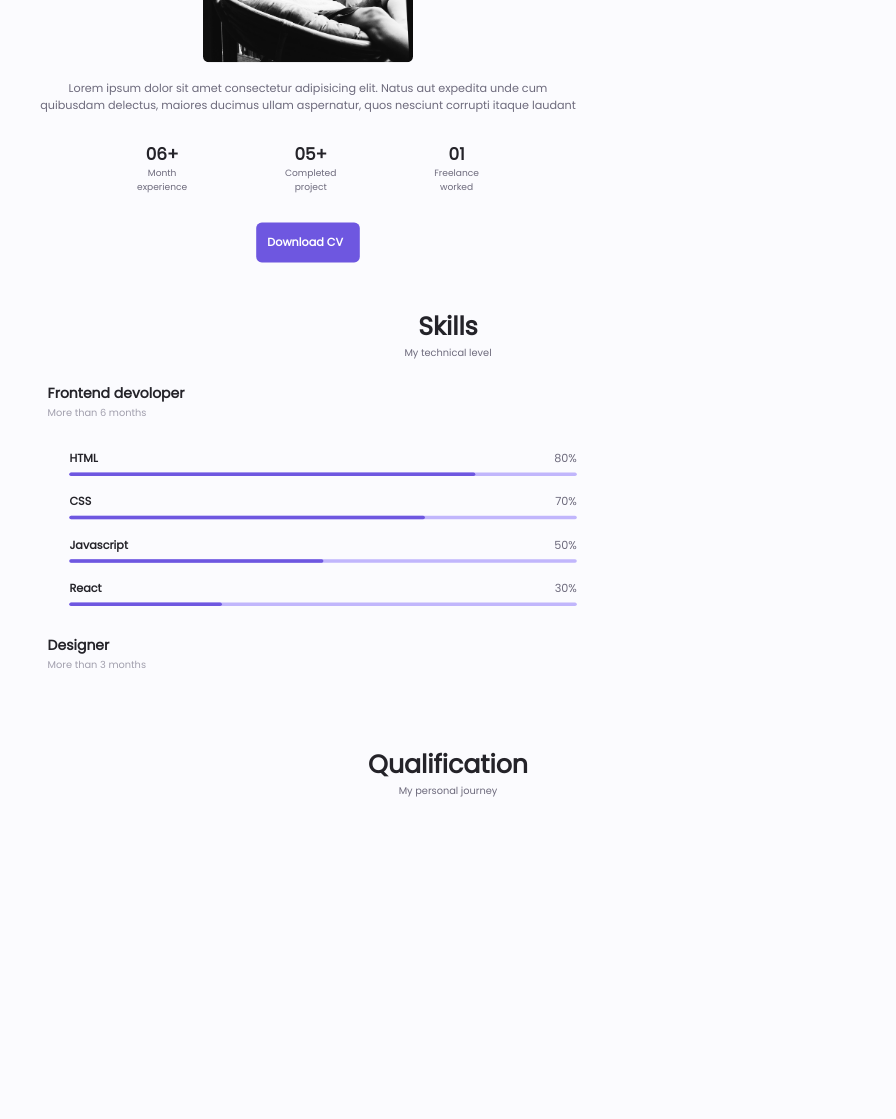
Repository: Datt21/portfolio
Page: index.html
An editor plug-in stored every save of this project. The page is shown before and after the next save, followed by the edit.
The browser window is 1280 px wide. The pictures show the part of the page from y = 917 to 2837 px (the page is 2515 px tall before and 2837 px after), at 70% of full size.
Some icons come from a web library that is not loaded, so they are not drawn.

Above is the page before, as saved 2021-07-10 18:15:02.

After the next save:
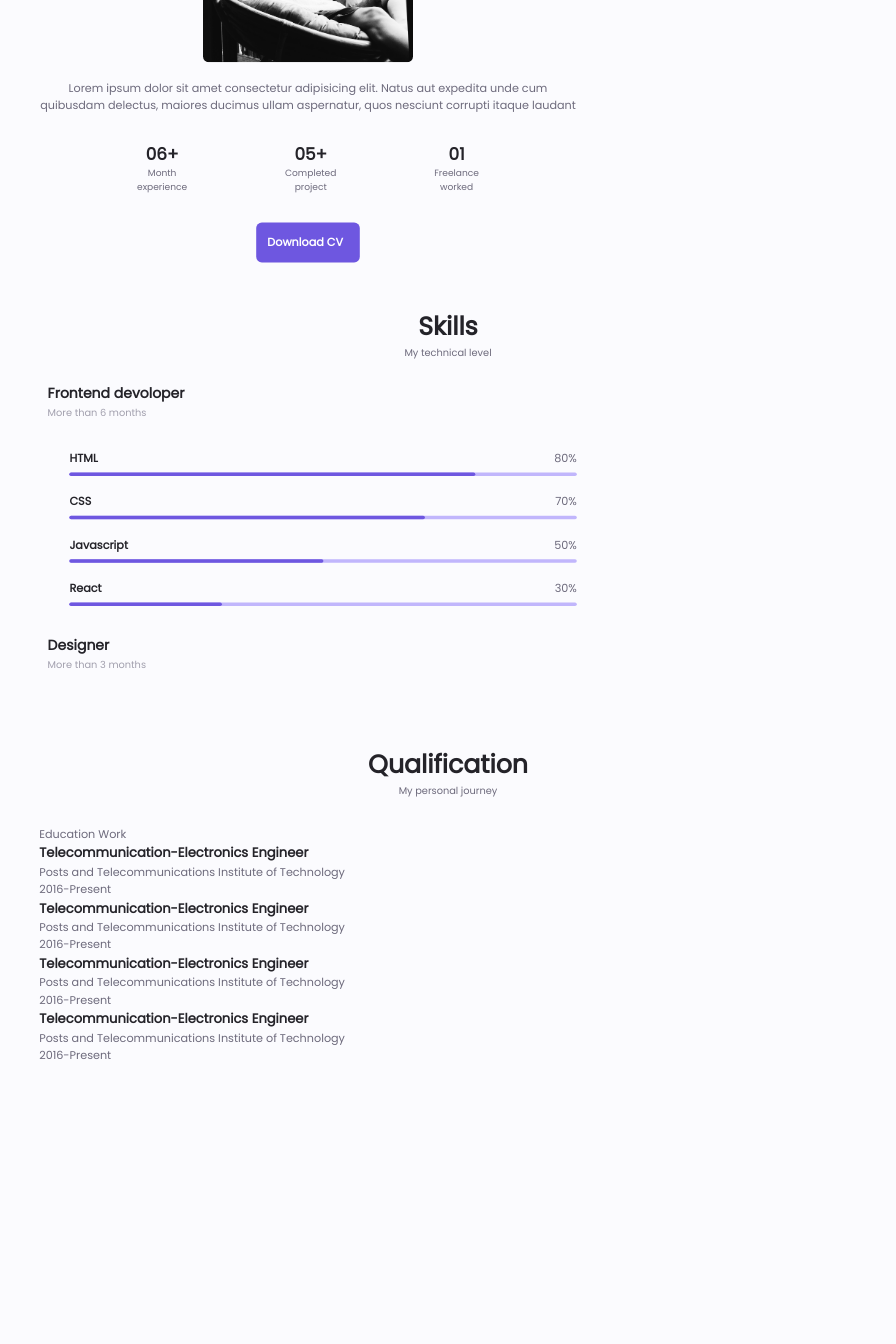
Saved 13 min 24 s later.
--- a/index.html
+++ b/index.html
@@ -275,7 +275,85 @@
                 <div class="qualification__tabs">
                     <div class="qualification__button button--flex">
                         <i class="uil uil-graduation-cap qualification__icon"></i>
-
+                        Education
+                    </div>
+
+                    <div class="qualification__button button--flex">
+                        <i class="uil uil-briefcase-altqualification__icon"></i>
+                        Work
+                    </div>
+
+                    <div class="qualification__section">
+                        <!-- Qualification content 1 -->
+                        <div class="qualification__content">
+                            <!-- Qualification 1 -->
+                            <div class="qualification__data">
+                                <div>
+                                    <h3 class="qualification__title"> Telecommunication-Electronics Engineer</h3>
+                                    <span class="qualification__subtitle">Posts and Telecommunications Institute of Technology</span>
+                                    <div class="qualification__calendar">
+                                        <i class="uil uil-calendar-alt"></i>
+                                        2016-Present
+                                    </div>
+                                </div>
+
+                                <div>
+                                    <div class="qualification__rounder"></div>
+                                    <div class="qualification__line"></div>
+                                </div>
+                            </div>
+
+                            <!-- Qualification 2 -->
+                            <div class="qualification__data">
+                                <div>
+                                    <h3 class="qualification__title"> Telecommunication-Electronics Engineer</h3>
+                                    <span class="qualification__subtitle">Posts and Telecommunications Institute of Technology</span>
+                                    <div class="qualification__calendar">
+                                        <i class="uil uil-calendar-alt"></i>
+                                        2016-Present
+                                    </div>
+                                </div>
+
+                                <div>
+                                    <div class="qualification__rounder"></div>
+                                    <div class="qualification__line"></div>
+                                </div>
+                            </div>
+
+                            <!-- Qualification 3 -->
+                            <div class="qualification__data">
+                                <div>
+                                    <h3 class="qualification__title"> Telecommunication-Electronics Engineer</h3>
+                                    <span class="qualification__subtitle">Posts and Telecommunications Institute of Technology</span>
+                                    <div class="qualification__calendar">
+                                        <i class="uil uil-calendar-alt"></i>
+                                        2016-Present
+                                    </div>
+                                </div>
+
+                                <div>
+                                    <div class="qualification__rounder"></div>
+                                    <div class="qualification__line"></div>
+                                </div>
+                            </div>
+
+                            <!-- Qualification 4 -->
+                            <div class="qualification__data">
+                                <div>
+                                    <h3 class="qualification__title"> Telecommunication-Electronics Engineer</h3>
+                                    <span class="qualification__subtitle">Posts and Telecommunications Institute of Technology</span>
+                                    <div class="qualification__calendar">
+                                        <i class="uil uil-calendar-alt"></i>
+                                        2016-Present
+                                    </div>
+                                </div>
+
+                                <div>
+                                    <div class="qualification__rounder"></div>
+                                    <div class="qualification__line"></div>
+                                </div>
+                            </div>
+                        </div>
                     </div>
                 </div>
             </div>
